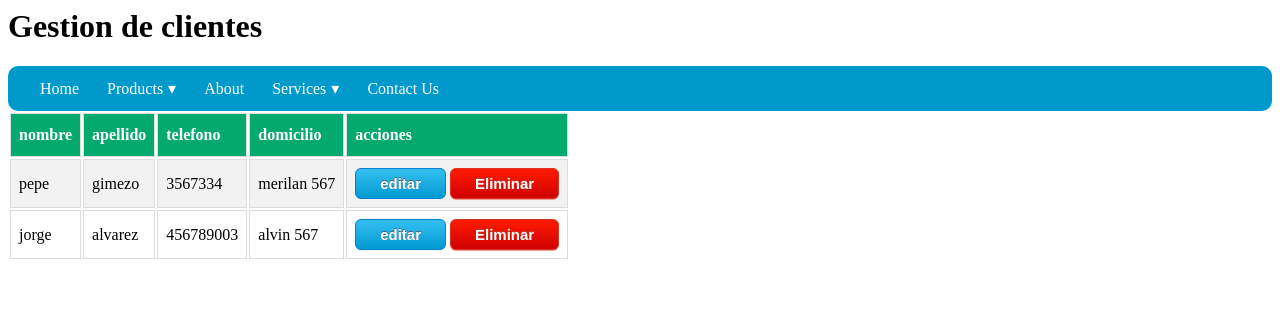
Repository: geraldine-ventura/Practicando.net
Page: index 2.html
An editor plug-in stored every save of this project. The page is shown before and after the next save, followed by the edit.
The browser window is 1280 px wide. The pictures show the whole page.

Above is the page before, as saved 2022-12-20 12:11:37.

After the next save:
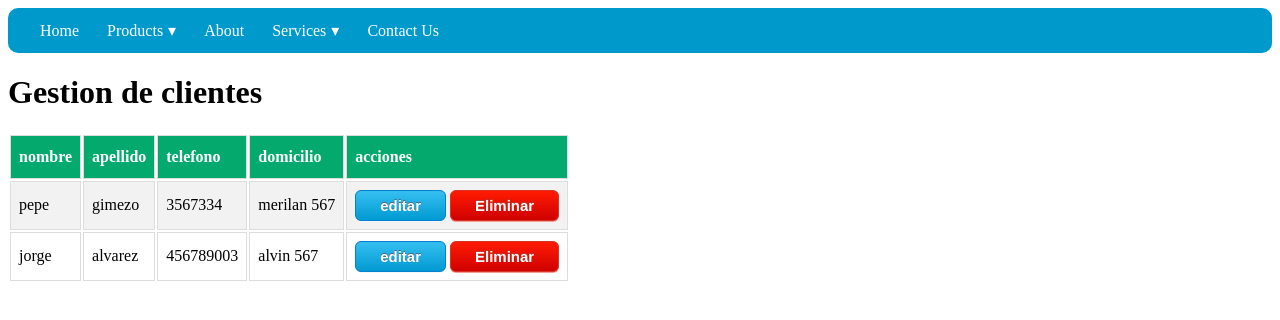
Saved 48 s later.
--- a/index 2.html
+++ b/index 2.html
@@ -1,6 +1,6 @@
 <link rel="stylesheet" href="style.css"/>
 <link rel="stylesheet" href="menu.css"/>
-<h1>Gestion de clientes</h1>
+
 
 <nav id='menu'>
     <input type='checkbox' id='responsive-menu' onclick='updatemenu()'><label></label>
@@ -25,7 +25,7 @@
       <li><a href='http://'>Contact Us</a></li>
     </ul>
   </nav>
-
+<h1>Gestion de clientes</h1>
 <table id= "customers">
     <tr>
         <th>nombre</th>
